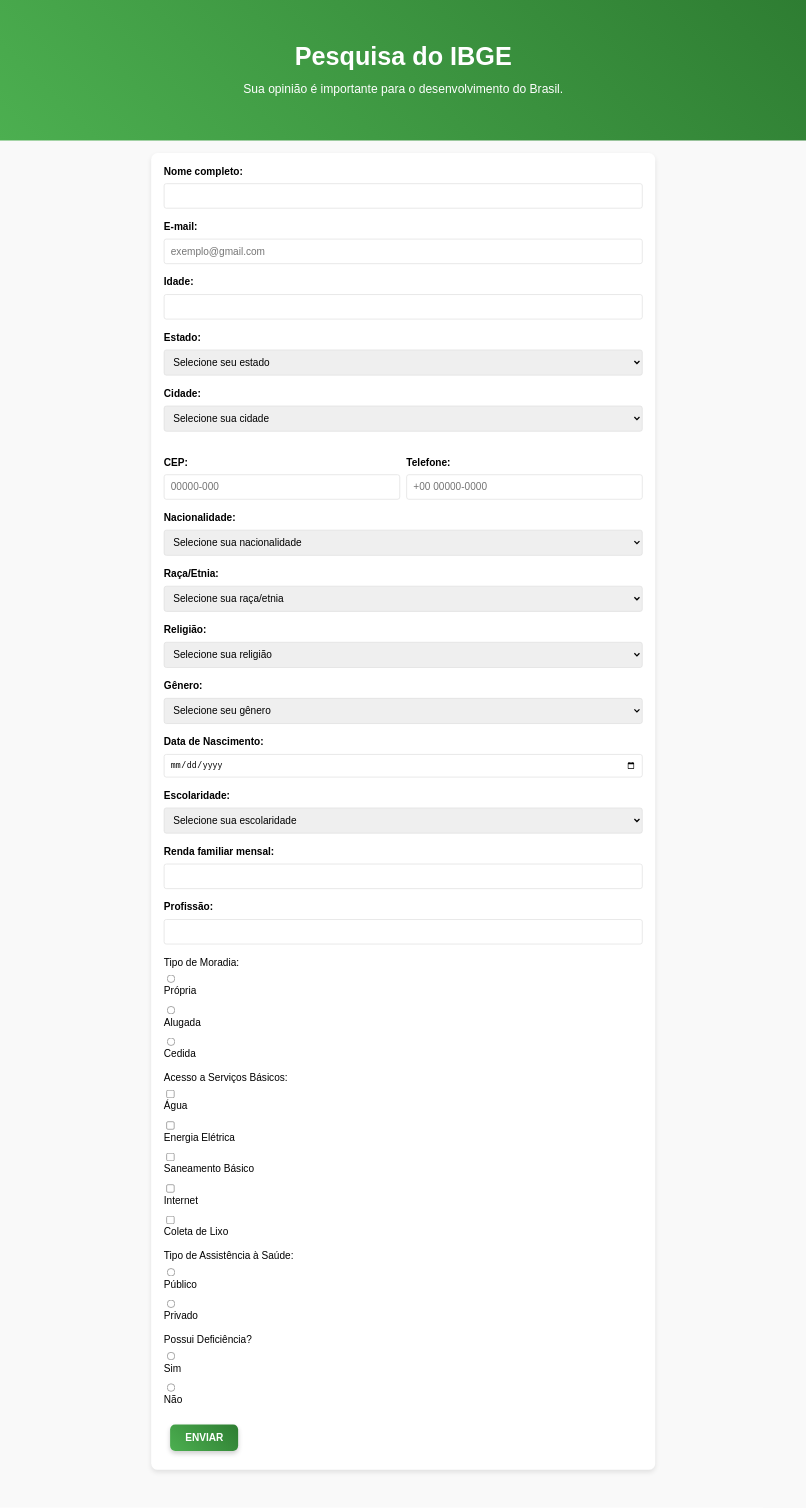
Repository: Gabrielb0rn/Projeto-Formul-rio.io
Page: index.html
These files come from the project's save history. The page is drawn as it stood at one moment and after the next save; the edit follows.
The browser window is 1280 px wide. The pictures show the whole page, at 63% of full size.

Above is the page before, as saved 2024-07-01 08:45:50.

After the next save:
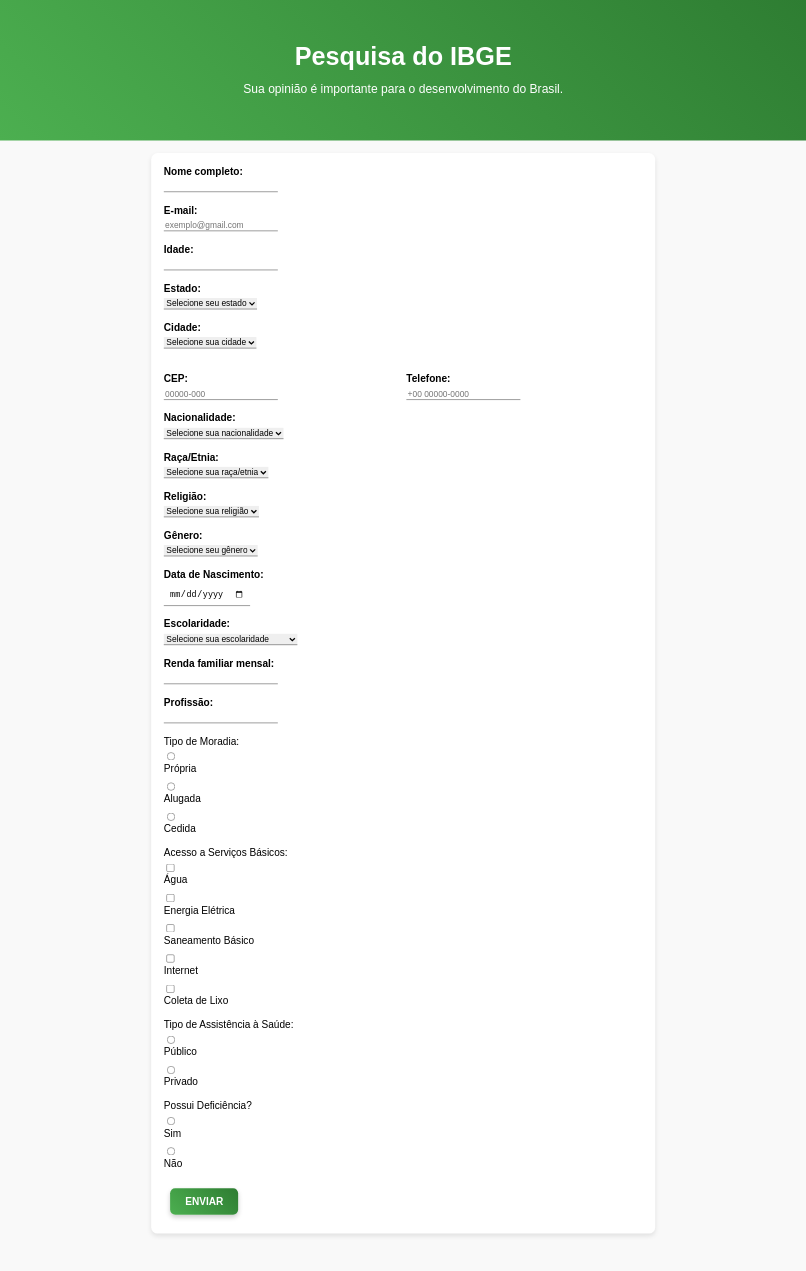
Saved 60 s later.
--- a/assets/style.css
+++ b/assets/style.css
@@ -51,13 +51,9 @@
 }
 
 input, select {
-    width: 100%;
-    padding: 10px;
-    border: 1px solid #ddd;
-    border-radius: 4px;
-    box-sizing: border-box;
-    font-size: 1em;
-    margin-top: 5px;
+    border:none;
+    border-bottom: solid 1px #666;
+    outline:none;
 }
 
 input[type="radio"], input[type="checkbox"] {
